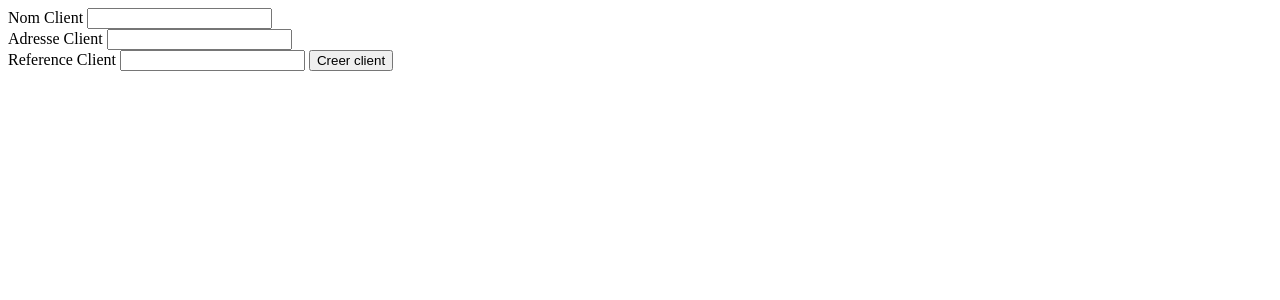
Repository: Elie-Dey/airblio
Page: http://localhost/test.php
An editor plug-in stored every save of this project. The page is shown before and after the next save, followed by the edit.
The browser window is 1280 px wide. The pictures show the whole page.
The page is run by PHP 8.4 with error messages shown; the project is at /var/www/html/.

Above is the page before, as saved 2022-03-26 01:45:25.

### test.php
<?php
?>
<!DOCTYPE html>
<html lang="en">
  <head>
    <meta charset="UTF-8" />
    <meta http-equiv="X-UA-Compatible" content="IE=edge" />
    <meta name="viewport" content="width=device-width, initial-scale=1.0" />
    <title>Document</title>
  </head>
  <body>
    <form action="" method="post">
      <label for="nom">Nom Client </label>
      <input type="text" name="nom" id="" /> <br />
      <label for="Adresse">Adresse Client</label>
      <input type="text" name="adresse" id="" /> <br />
      <label for="reference">Reference Client</label>
      <input type="text" name="reference" id="" />
      <input type="button" value="Creer client" />
    </form>
  </body>
</html>

After the next save:
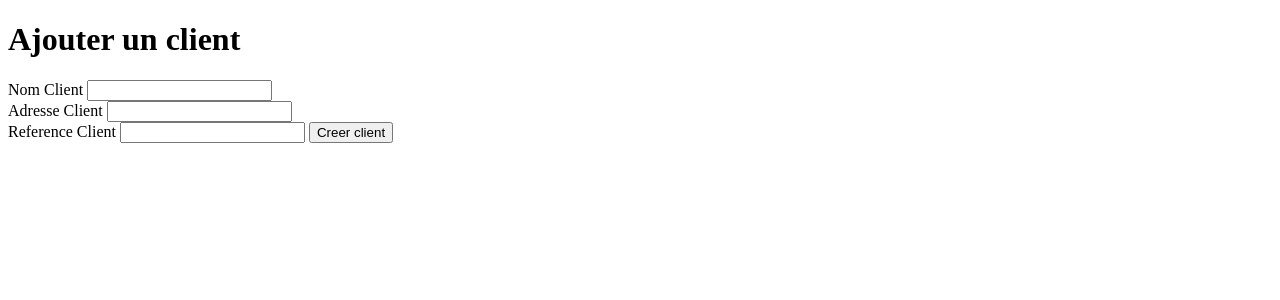
Saved 25 s later.
--- a/test.php
+++ b/test.php
@@ -9,6 +9,7 @@
     <title>Document</title>
   </head>
   <body>
+    <h1>Ajouter un client</h1>
     <form action="" method="post">
       <label for="nom">Nom Client </label>
       <input type="text" name="nom" id="" /> <br />
